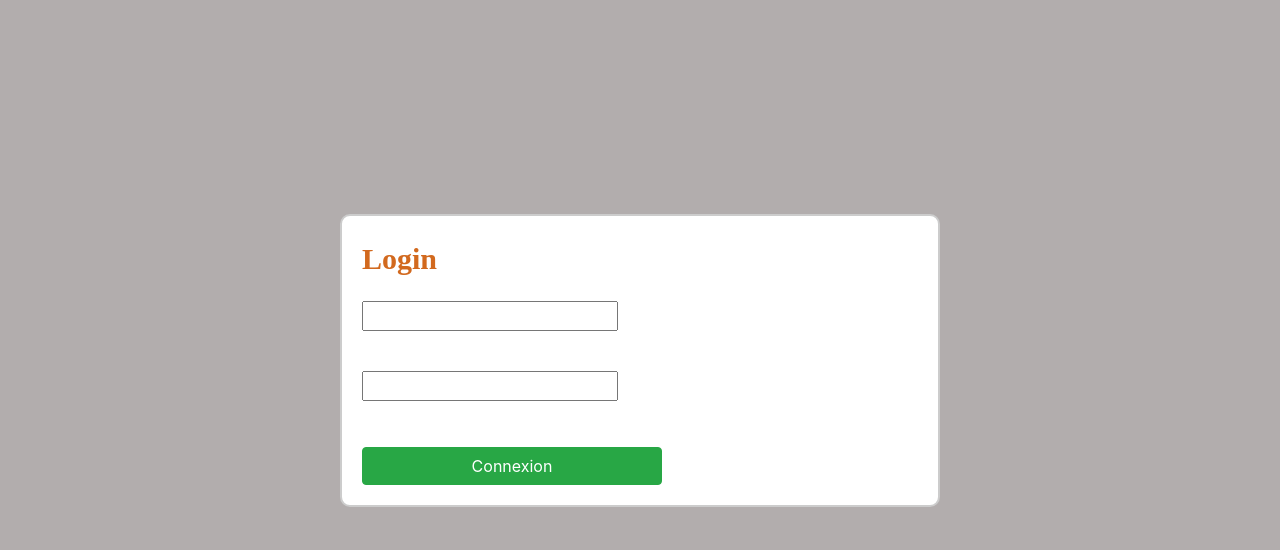
Repository: DiaryRz/FrontWeb
Page: /
These files come from the project's save history. The page is drawn as it stood at one moment and after the next save; the edit follows.
The browser window is 1280 px wide. The pictures show the whole page.
The project was rebuilt for these pictures with package versions that can differ from the ones it lists, and the page was loaded fresh each time. Also part of the build but not shown: src/component/css/Header.css, src/component/Header.jsx, src/page/css/AppAffichage.css, src/component/css/NavBar.css, src/component/NavBar.jsx, src/component/css/Model.css, src/component/InsertModel.jsx, src/page/AppAffichage.jsx and 26 more.

Above is the page before, as saved 2024-01-28 21:01:00.

### src/App.js
import AppAffichage from './page/AppAffichage';
import Liste from './page/Carburant';
import InsertionBoiteDeVitesse from './page/BoiteDeVitesse';
import InsertionLieu from './page/Lieu';
import InsertionMarque from './page/Marque';
import ListeDesLieux from './page/SelectLieu';
import Login from './component/Login';
import InsertionCategorie from './component/InsertionCategorie';
import ListeCarburant from './page/ListeCarburant';
import ListeCategorie from './page/ListeCategorie';
import Recherche from './page/Recherche';
import AnnonceAValider from './page/AnnonceAValiderPage';
import Chart from './page/ChartPage';
import { BrowserRouter, Route, Routes } from 'react-router-dom';
import ListeDesVit from './page/ListeBoiteDeVitessePage';
import ListeDesMar from './page/ListeMarquePage';

function App() {
  return (
    <div className="App">
      <BrowserRouter>
        <Routes>
          <Route path='/' element = {<Login/> }></Route>
          <Route path='/insertionModel' element={ <AppAffichage /> }></Route>     {/* Insertion model */}
          <Route path='/InsertionCarburant' element={ <Liste /> }></Route>
          <Route path='/InsertionBoiteDeVitesse' element={ <InsertionBoiteDeVitesse /> }></Route>
          <Route path='/InsertionLieu' element={ <InsertionLieu /> }></Route>
          <Route path='/InsertionMarque' element={ <InsertionMarque /> }></Route>
          <Route path='/SelectLieu' element={ <ListeDesLieux /> }></Route>
          <Route path='/insertionCategorie' element = {<InsertionCategorie/> }></Route>
          <Route path='/ListeCarburant' element = {<ListeCarburant/> }></Route>
          <Route path='/Recherche' element = {<Recherche/> }></Route>
          <Route path='/ListeCategorie' element = {<ListeCategorie/> }></Route>
          <Route path='/ListeBoiteVitesse' element = {<ListeDesVit/> }></Route>
          <Route path='/ListeMarque' element = {<ListeDesMar/> }></Route>
          <Route path='/AnnonceAValider' element = {<AnnonceAValider/> }></Route>
          <Route path='/statistic' element = {<Chart/> }></Route>
        </Routes>
      </BrowserRouter>
    </div>
  );
}

export default App;

### src/component/Login.js
import React, { useState } from 'react';
import { useNavigate } from 'react-router-dom';


 /* Login.css */
 const loginContainer = {
    display:'flex',
    justifyContent: 'center',
    alignItems: 'center',
    height: '100vh',
    background: '#b2adad',
};


const loginForm = {
    width: '600px',
    padding: '20px',
    border: '2px solid #ccc',
    borderRadius:'10px',
    backgroundColor: 'white',

};

const Login = () => {
    const [nomUtilisateur, setnomUtilisateur] = useState('');
    const [mdp, setmdp] = useState('');
    const navigate = useNavigate();

    const Inserer = async (e) => {
        e.preventDefault();
        const lieu = { nomUtilisateur, mdp };

        try {
            const response = await fetch('http://localhost:8081/utilisateurs/verifierUser', {
                method: 'POST',
                headers: { 'Content-Type': 'application/json' },
                body: JSON.stringify(lieu),
            });

            if (!response.ok) {
                throw new Error(`Erreur lors de la requête : ${response.status}`);
            } else {
                const responseData = await response.text();

                localStorage.setItem("token", responseData);
                console.log(localStorage.getItem("token"));
                navigate('/insertionModel');
            }
        } catch (error) {
            console.error('Une erreur s\'est produite lors de la requête :', error.message);
            // Vous pouvez ajouter ici la gestion de l'erreur, par exemple afficher un message à l'utilisateur.
        }
    };


    return (
        <form onSubmit={Inserer}>
           <div style={loginContainer}>
                    <form style={loginForm}>
                        <div style={{ fontSize: '30px',fontFamily:'serif', marginBottom: '20px' ,color:'chocolate'}}><b>Login</b></div>
                        <div className="mb-3">
                        <input type="email" value={nomUtilisateur} onChange={(e) => setnomUtilisateur(e.target.value)} />
                        </div>
                        <div className="mb-3" style={{marginTop:'40px'}}>
                        <input type="password" value={mdp} onChange={(e) => setmdp(e.target.value)} />
                        </div>
                        <button type="submit" className="btn btn-success" style={{width:'300px',marginTop:'30px'}}>
                            Connexion
                        </button>
                    </form>

                </div>
        </form>
    );
};

export default Login;

Loaded but not shown: public/index.html (common file); src/index.js (common file); src/index.css (common file); src/reportWebVitals.js (common file); src/assets/bootstrap/css/bootstrap.min.css (library)

After the next save:
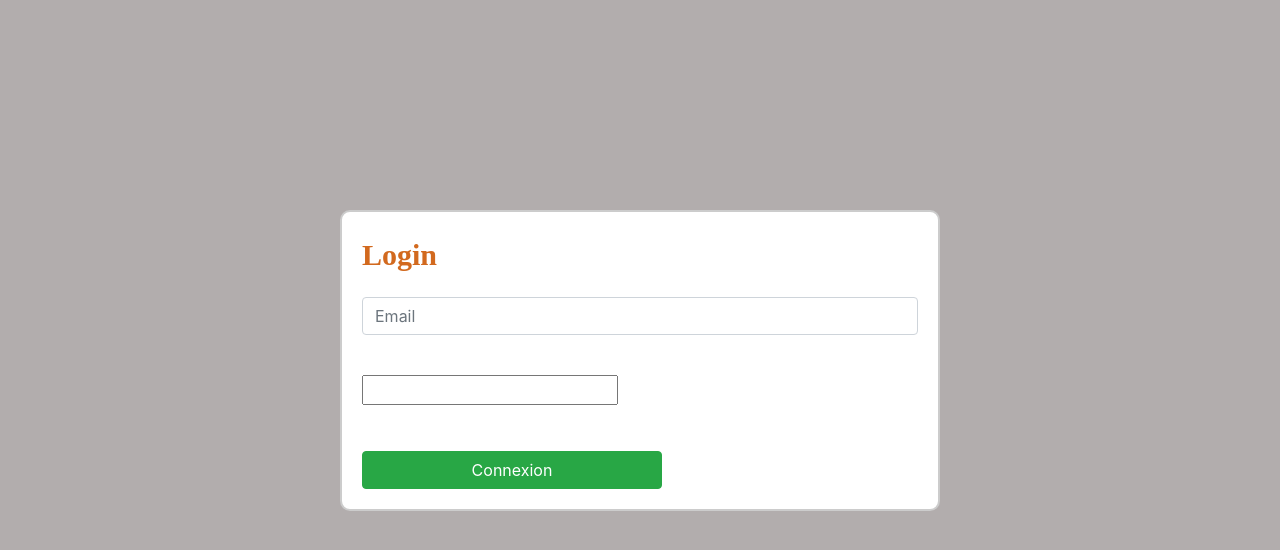
Saved 84 s later.
--- a/src/component/Login.js
+++ b/src/component/Login.js
@@ -59,7 +59,7 @@ const Login = () => {
                     <form style={loginForm}>
                         <div style={{ fontSize: '30px',fontFamily:'serif', marginBottom: '20px' ,color:'chocolate'}}><b>Login</b></div>
                         <div className="mb-3">
-                        <input type="email" value={nomUtilisateur} onChange={(e) => setnomUtilisateur(e.target.value)} />
+                        <input type="email" className="form-control" placeholder="Email" value={nomUtilisateur} onChange={(e) => setnomUtilisateur(e.target.value)} />
                         </div>
                         <div className="mb-3" style={{marginTop:'40px'}}>
                         <input type="password" value={mdp} onChange={(e) => setmdp(e.target.value)} />
